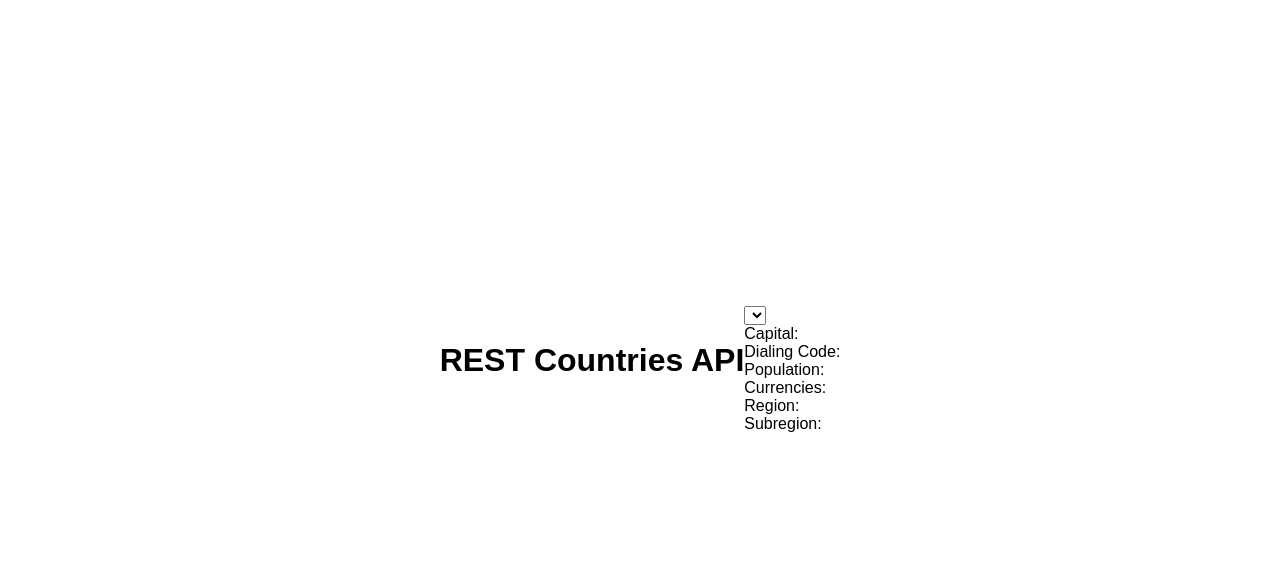
Repository: KhoaTran204/Rest-countries-api-app
Page: index.html
The author's editor kept a copy of each file at every save. The page is drawn from the files as they stood at one save, then again after the next save.
The browser window is 1280 px wide. The pictures show the whole page.
The page's requests for data from a server got no answer.

Above is the page before, as saved 2024-04-14 08:26:15.

After the next save:
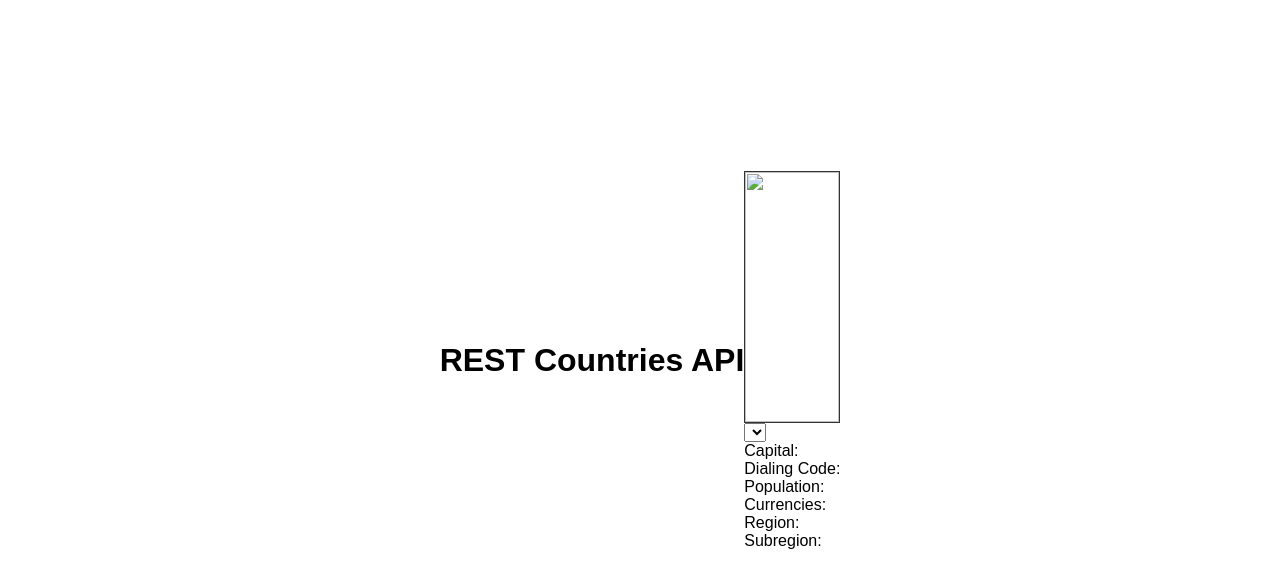
Saved 34 s later.
--- a/style.css
+++ b/style.css
@@ -19,6 +19,12 @@ body {
 }
 
 #flag-container {
+  height: 252px;
+  background-color: #fff;
+  border: 1px solid #333;
+}
+
+#flag-container img {
   display: block;
   width: 100%;
   height: 100%;
